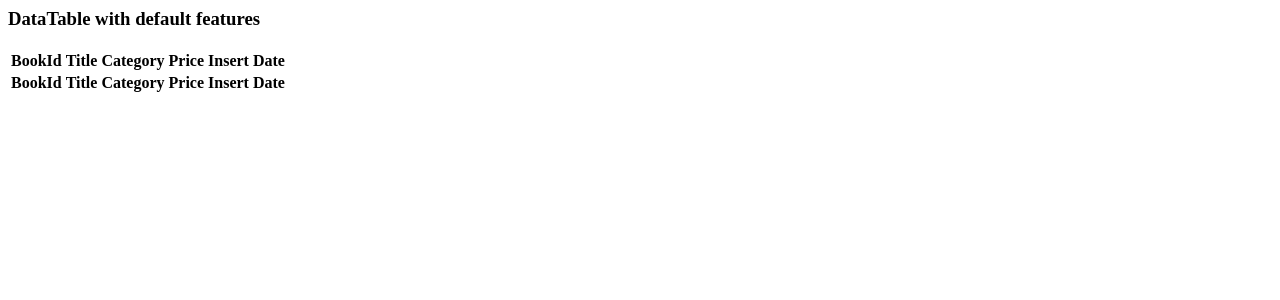
Repository: loy18/SPRING
Page: http://localhost/egovProj/WEB-INF/views/book/list.jsp
An editor plug-in stored every save of this project. The page is shown before and after a run of saves, followed by the edit.
The browser window is 1280 px wide. The pictures show the whole page.
The page is served by Tomcat 9. Nobody is signed in. Other server files are loaded and not shown. The template is opened directly, without the code that normally fills it, so the values that code supplies are empty.

Above is the page before, as saved 2022-11-14 06:26:30.

### egovProj/src/main/webapp/WEB-INF/views/book/list.jsp
<%@ page language="java" contentType="text/html; charset=UTF-8"%>
<%@ taglib prefix="c" uri="http://java.sun.com/jsp/jstl/core"%>
<%@ taglib prefix="fmt" uri="http://java.sun.com/jsp/jstl/fmt"%>
<div class="card">
	<div class="card-header">
		<h3 class="card-title">DataTable with default features</h3>
	</div>
	<div class="card-body">
		<div id="example1_wrapper" class="dataTables_wrapper dt-bootstrap4">
			<div class="row">
				<div class="col-sm-12">
					<table id="example1"
						class="table table-bordered table-striped dataTable dtr-inline"
						aria-describedby="example1_info">
						<thead>
							<tr>
								<th class="sorting sorting_asc" tabindex="0"
									aria-controls="example1" rowspan="1" colspan="1"
									aria-sort="ascending"
									aria-label="BookId: activate to sort column descending"
									cursorshover="true">BookId</th>
								<th class="sorting" tabindex="0" aria-controls="example1"
									rowspan="1" colspan="1"
									aria-label="Title: activate to sort column ascending"
									cursorshover="true">Title</th>
								<th class="sorting" tabindex="0" aria-controls="example1"
									rowspan="1" colspan="1"
									aria-label="Category: activate to sort column ascending"
									cursorshover="true">Category</th>
								<th class="sorting" tabindex="0" aria-controls="example1"
									rowspan="1" colspan="1"
									aria-label="Price: activate to sort column ascending">Price</th>
								<th class="sorting" tabindex="0" aria-controls="example1"
									rowspan="1" colspan="1"
									aria-label="Insert Date: activate to sort column ascending">Insert Date</th>
							</tr>
						</thead>
						<tbody>
						<c:forEach var="bookVO" items="${bookVOList }" varStatus="stat">
							<c:if test="${stat.count%2!=0 }"><tr class="odd"></c:if>
							<c:if test="${stat.count%2==0 }"><tr class="even"></c:if>
								<td class="dtr-control sorting_1" tabindex="0">${bookVO.bookId }</td>
								<td><a href="/book/detail?bookId=${bookVO.bookId }">${bookVO.title }</a></td>
								<td>${bookVO.category }</td>
								<td><fmt:formatNumber value="${bookVO.price }" pattern="#,###" /> </td>
								<td><fmt:formatDate value="${bookVO.insertDate }" pattern="yyyy년 MM월 dd일"/> </td>
							</tr>
							</c:forEach>
						</tbody>
						<tfoot>
							<tr>
								<th rowspan="1" colspan="1">BookId</th>
								<th rowspan="1" colspan="1">Title</th>
								<th rowspan="1" colspan="1">Category</th>
								<th rowspan="1" colspan="1">Price</th>
								<th rowspan="1" colspan="1">Insert Date</th>
							</tr>
						</tfoot>
					</table>
				</div>
			</div>
		</div>
	</div>
</div>

After the next 2 saves:
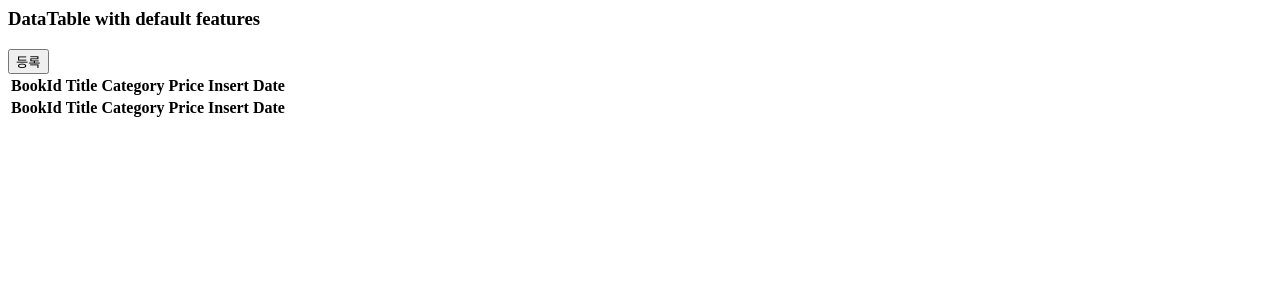
The 2 saves are shown as one change because they came seconds apart.
The last was saved 80 s later.
--- a/egovProj/src/main/webapp/WEB-INF/views/book/list.jsp
+++ b/egovProj/src/main/webapp/WEB-INF/views/book/list.jsp
@@ -56,7 +56,9 @@
 								<th rowspan="1" colspan="1">Insert Date</th>
 							</tr>
 						</tfoot>
+						<button type="button" class="btn btn-primary bt-sm">등록 </button>
 					</table>
+
 				</div>
 			</div>
 		</div>
